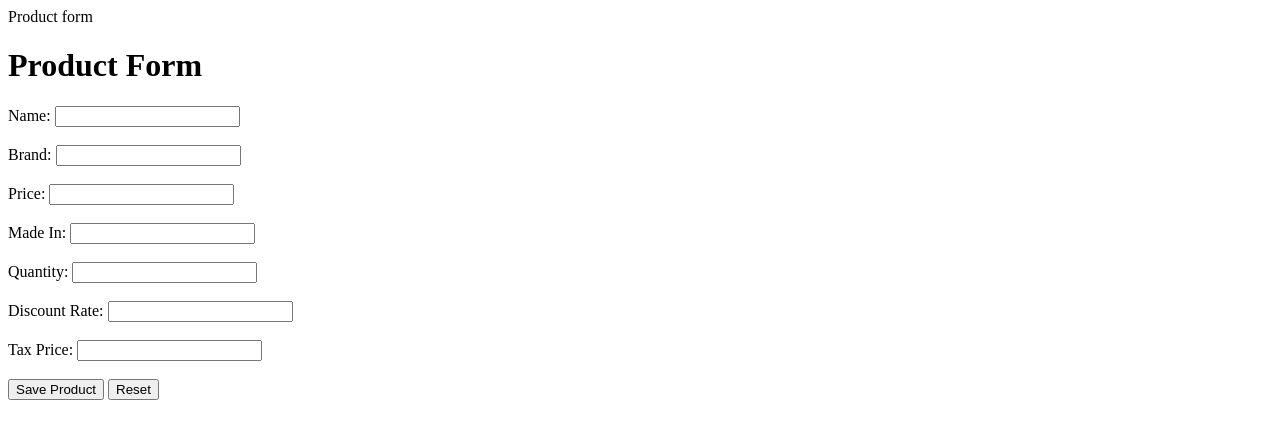
Repository: Shivanibasireddy/Software-Examples
Page: http://localhost/add-product
These files come from the project's save history. The page is drawn as it stood at one moment and after the next save; the edit follows.
The browser window is 1280 px wide. The pictures show the whole page.
The page is this project's Thymeleaf template; nobody is signed in. The template is opened directly, without the code that normally fills it, so the values that code supplies are empty.

Above is the page before, as saved 2024-12-24 14:50:12.

### SpringBootMvctest/src/main/resources/templates/add-product.html
<html>
	<head>
		<tittle>Product form</tittle>
	</head>
	<body>
		<h1>Product Form</h1>
    <form th:action="@{/saveProduct}" method="post">
        <label>Name:</label>
        <input type="text" name="name" required><br><br>

        <label>Brand:</label>
        <input type="text" name="brand" required><br><br>

        <label>Price:</label>
        <input type="number" name="price" required><br><br>

        <label>Made In:</label>
        <input type="text" name="madeIn" required><br><br>

        <label>Quantity:</label>
        <input type="number" name="quantity" required><br><br>

		<label>Discount Rate:</label>
		<input type="number" name="discountRate" required><br><br>

		<label>Tax Price:</label>
		<input type="number" name="taxPrice" required><br><br>

        <button type="submit">Save Product</button>
		<button type="reset">Reset</button>
	</form>
</body>
</html>

After the next save:
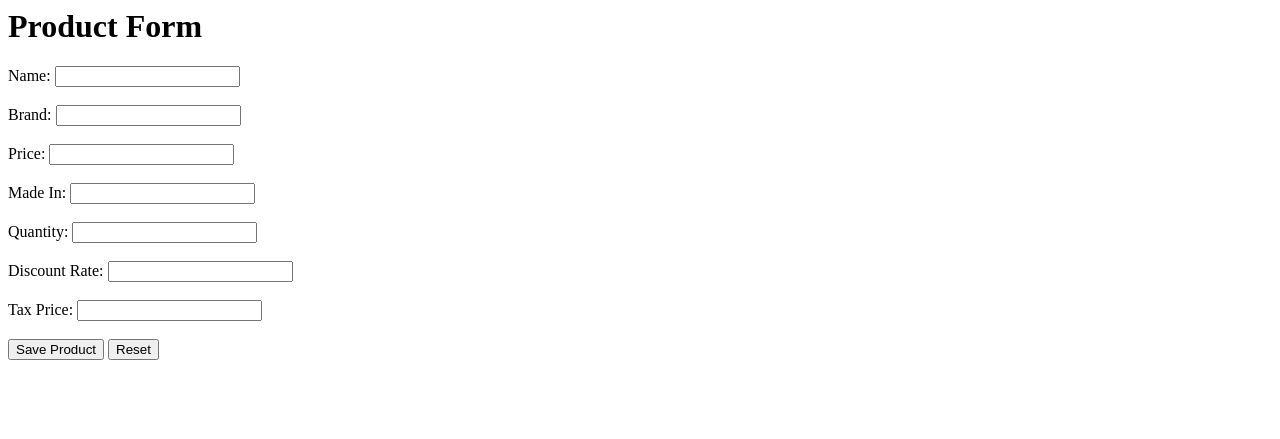
Saved 15 h 43 min later.
--- a/SpringBootMvctest/src/main/resources/templates/add-product.html
+++ b/SpringBootMvctest/src/main/resources/templates/add-product.html
@@ -1,6 +1,6 @@
 <html>
 	<head>
-		<tittle>Product form</tittle>
+		<title>Product form</title>
 	</head>
 	<body>
 		<h1>Product Form</h1>
